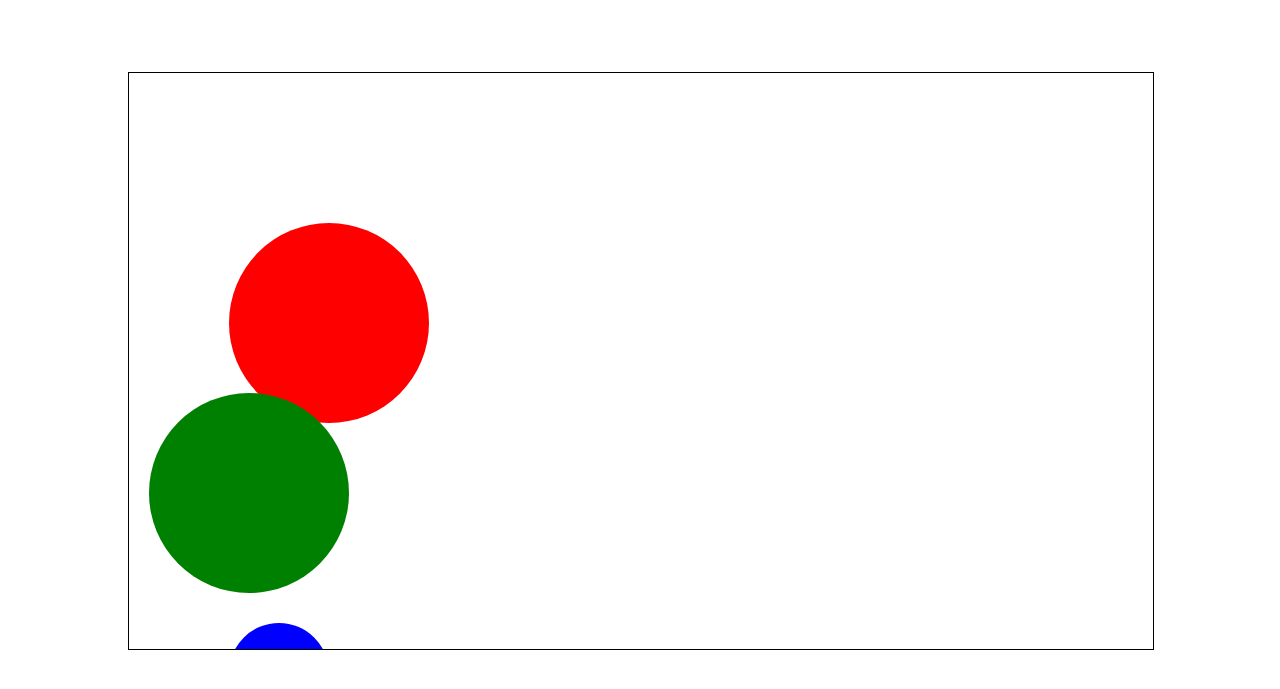
Repository: themoomooo/testgitajout
Page: index.html
The author's editor kept a copy of each file at every save. The page is drawn from the files as they stood at one save, then again after a run of saves.
The browser window is 1280 px wide. The pictures show the whole page.

Above is the page before, as saved 2023-01-23 16:15:42.

### index.html
<!DOCTYPE html>
<html lang="en">
<head>
    <meta charset="UTF-8">
    <meta http-equiv="X-UA-Compatible" content="IE=edge">
    <meta name="viewport" content="width=device-width, initial-scale=1.0">
    <title>Document</title>
</head>
<body>
    <main style="position:absolute; top:10%; left:10%; width:80%;height:80%;border:1px solid #000; overflow:hidden"></main>

<script src="main.js"></script>
</body>

</html>

### main.js


let terrain = document.querySelector('main');

class Ball {
    constructor(x,y,width, height, color, radius){
        this.x=x;
        this.y=y;
        this.width = width;
        this.height = height;
        this.color = color;
        this.radius = radius;
        this.monojectDom = null;

        this.setOjectDom();
    }

    setOjectDom(){
        this.monOjectDom = document.createElement('div');
        this.monOjectDom.style = `position:relative ; top:${this.y}px ; left:${this.x}px; width:${this.width}px ; height:${this.height}px ; background:${this.color}; border-radius:${this.radius}px`;
    }
    getOjectDom(){

        return this.monOjectDom;

    }
    move(){
        this.x+=10;
        this.monOjectDom.style.left = `${this.x}px`;
    }

}




class Prog {

   constructor(terrain){
       this.terrain = terrain;
       this.balles = [];

   }
   add(ball){
    this.balles.push(ball);

   }

   run() {
    this.balles.forEach((ball)=>{
        this.terrain.appendChild(ball.getOjectDom());
    });

     this.move();
   }

    move(){

     /*   for (let i = 0; i < this.balles.length; i++) {

        this.balles[i].move();
       } */
    }
}




const monBallon = new Ball(100,150,200,200,'red',100);
const monBallon2 = new Ball(100,350,100,100,'blue',50);
const monBallon3 = new Ball(20,20,200,200,'green',100);
const monBallon4 = new Ball(250,250,100,100,'black',50);
const monprog = new Prog (terrain);
monprog.add(monBallon);
monprog.add(monBallon2);
monprog.add(monBallon3);
monprog.add(monBallon4);
monprog.run();

/*
document.body.append(monBallon.getOjectDom(), monBallon2.getOjectDom());
 */

After the next 2 saves:
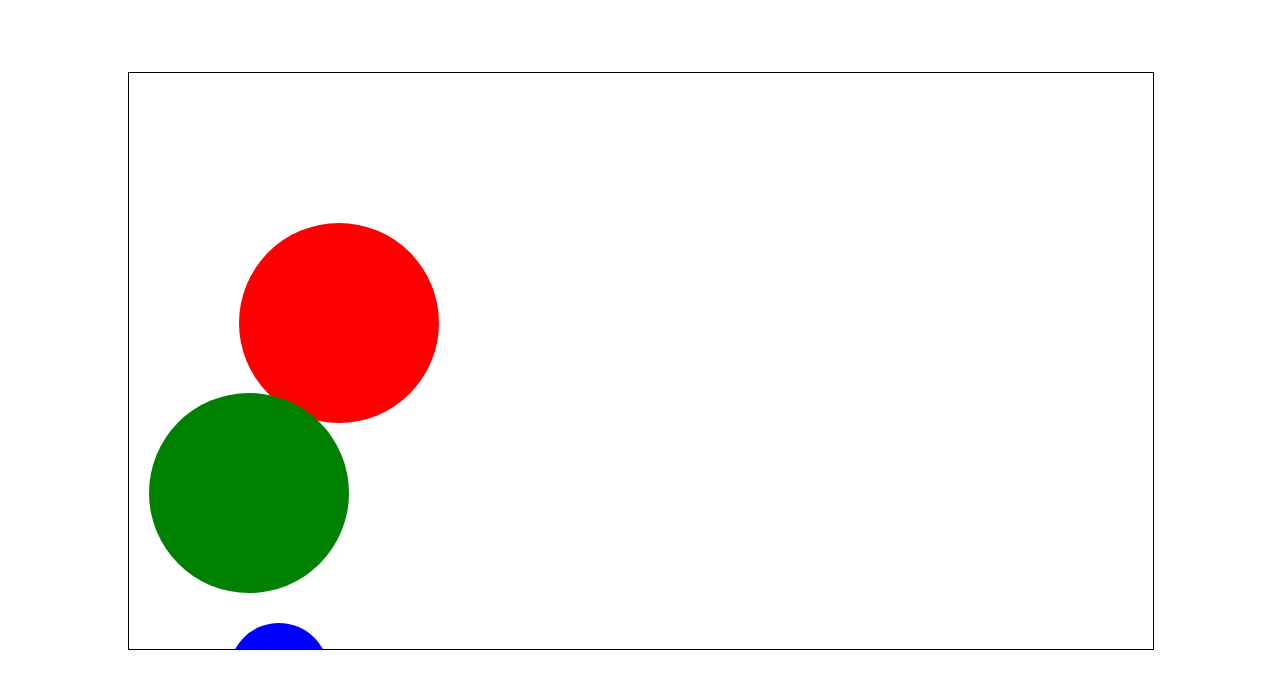
The 2 saves are shown as one change because they came seconds apart.
The last was saved 15 s later.
--- a/main.js
+++ b/main.js
@@ -55,7 +55,7 @@ class Prog {
    }
 
     move(){
-
+        this.balles[0].move();
      /*   for (let i = 0; i < this.balles.length; i++) {
 
         this.balles[i].move();
